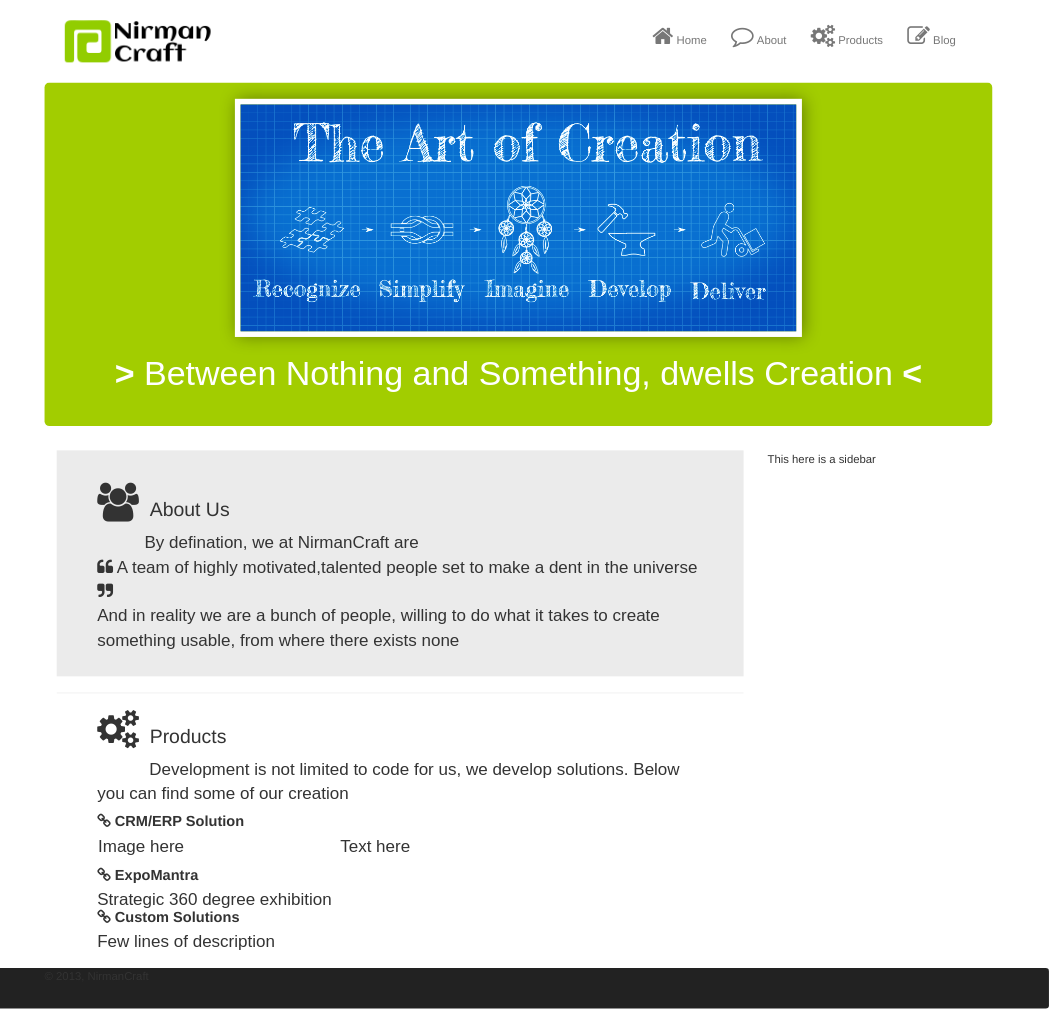
Repository: MeShreyas/NirmanCraftWebsite
Page: NirmanCraft/index.html
These files come from the project's save history. The page is drawn as it stood at one moment and after a run of saves; the edit follows.
The browser window is 1280 px wide. The page is 1310 px wide, so the pictures cover 1310 px, including what lies to the right of the window. The pictures show the whole page, at 81% of full size.
Some web fonts or font styles are not loaded; a fallback is used.

Above is the page before, as saved 2013-10-08 08:12:39.
Console error: ReferenceError: jQuery is not defined

### NirmanCraft/index.html
<!DOCTYPE html>
<html lang="en">
	<head>
		<meta charset="utf-8">

		<!-- Always force latest IE rendering engine (even in intranet) & Chrome Frame
		Remove this if you use the .htaccess -->
		<meta http-equiv="X-UA-Compatible" content="IE=edge,chrome=1">

		<title>Nirman Craft</title>
		<meta name="description" content="">
		<meta name="author" content="Shreyas">

		<meta name="viewport" content="width=device-width; initial-scale=1.0">

		<!-- Replace favicon.ico & apple-touch-icon.png in the root of your domain and delete these references -->
		<link rel="shortcut icon" href="/favicon.ico">
		<link rel="stylesheet" href="css/bootstrap.min.css">
		<link rel="apple-touch-icon" href="/apple-touch-icon.png">
		<link rel="stylesheet" href="font-awesome/css/font-awesome.min.css"/>
		<style type="text/css">
			.title-text {
				font-family: 'Strait', sans-serif;
				font-size: 2em;
				color: #FFFFFF;
			}

			.header-text {
				font-family: 'Strait', sans-serif;
				font-size: 1.5em;
				color: #333333;
			}
		</style>
	</head>

	<body>
		<div class="row">
			<header class="container navbar" style="background-color: #FFFFFF;margin-bottom:0px">
				<div class="container">
					<div class="navbar-header">
						<a class="navbar-brand" href="../"><img src="images/nclogo.png" width="200px" style="padding:10px"/></a>
					</div>
					<div class="navbar-text pull-right">
						<ul class="nav navbar-nav container" >
							<li>
								<a href="../getting-started"><i class="icon-home icon-2x"></i>&nbsp;Home</a>
							</li>
							<li>
								<a href="../css"><i class="icon-comment-alt icon-2x"></i>&nbsp;About</a>
							</li>
							<li>
								<a href="../components"><i class="icon-cogs icon-2x"></i>&nbsp;Products</a>
							</li>
							<li>
								<a href="../javascript"><i class="icon-edit icon-2x"></i>&nbsp;Blog</a>
							</li>

						</ul>
					</div>
				</div>
			</header>

			<div class="container jumbotron" style="padding:20px 0px;margin-top:0px;background-color: #A2CD00">
				<div class="container title-text">
					<center>
						<img src="images/finalbanner.png" width="700px" style="border:7px solid #FFFFFF;box-shadow: 3px 0px 20px rgba(0,0,0,0.4)"/>
						<br/>
						<strong>>&nbsp;</strong>Between Nothing and Something, dwells Creation<strong>&nbsp;<</strong>
					</center>
				</div>
			</div>
			<div class="row">
				<div class="container">
					<div class="content col-lg-9">
						<div class="header-text" style="padding:20px 50px;background-color: #ebebeb;">
							<h3><i class="icon-group icon-2x"></i>&nbsp;&nbsp;About Us</h3>
							<div>

								<p>
									&nbsp;&nbsp;&nbsp;&nbsp;&nbsp;&nbsp;&nbsp;&nbsp;&nbsp;&nbsp;By defination,
									we at NirmanCraft are
									 <br/><i class="icon-quote-left"></i>
									A team of highly motivated,talented people set to make a dent in the universe
									<i class="icon-quote-right"></i><br/>And in reality we are a bunch
									of people, willing to do what it takes to create something usable, from where there exists none
								</p>
							</div>
						</div>
						<hr/>
						<div class="header-text" style="padding:0 50px">
							<h3><i class="icon-cogs icon-2x"></i>&nbsp;&nbsp;Products</h3>
							<div>
								<p>
									&nbsp;&nbsp;&nbsp;&nbsp;&nbsp;&nbsp;&nbsp;&nbsp;&nbsp;&nbsp;
									Development is not limited to code for us, we develop solutions.
									Below you can find some of our creation
								</p>
								<div>
									<div class="list-group">

											<div>
												<h4 class="list-group-item-heading">
													<i class="icon-link"></i>&nbsp;<strong>CRM/ERP Solution</strong>
												</h4>
												<p class="list-group-item-text">
													<table width="100%">
														<tr>
															<td width="40%">Image here</td>
															<td>Text here</td>
														</tr>
													</table>
												</p>
											</div>

											<div>
												<h4 class="list-group-item-heading">
													<i class="icon-link"></i>&nbsp;<strong>ExpoMantra</strong>
												</h4>
												<p class="list-group-item-text">
													Strategic 360 degree exhibition
												</p>
											</div>

											<div>
												<h4 class="list-group-item-heading">
													<i class="icon-link"></i>&nbsp;<strong>Custom Solutions</strong>
												</h4>
												<p class="list-group-item-text">
													Few lines of description
												</p>
											</div>
										</div>
									</div>

							</div>
						</div>

					</div>
					<div class="sidebar col-lg-3">
						This here is a sidebar
					</div>
				</div>
			</div>

		</div>
		<div class="row">
			<div class="navbar navbar-inverse">
				<div class="container">
					<p>
						&copy; 2013, NirmanCraft
					</p>
				</div>
			</div>
		</div>
		<script src="js/bootstrap.min.js" type="text/javascript" charset="utf-8"></script>
		<link href='http://fonts.googleapis.com/css?family=Strait' rel='stylesheet' type='text/css'>
	</body>
</html>

Loaded but not shown: NirmanCraft/css/bootstrap.min.css (library); NirmanCraft/font-awesome/css/font-awesome.min.css (library); NirmanCraft/js/bootstrap.min.js (library)

After the next 2 saves:
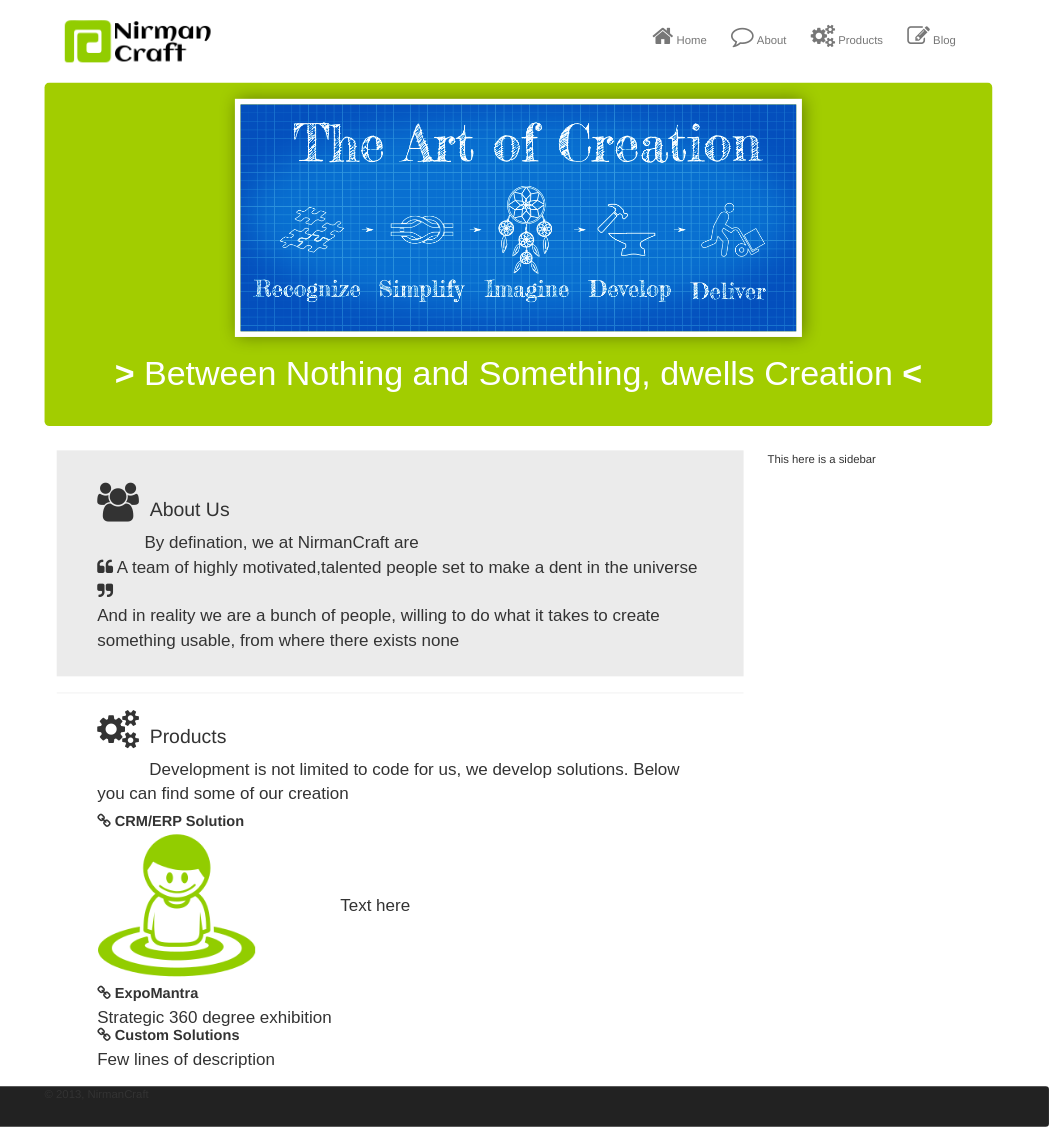
The 2 saves are shown as one change because they came seconds apart.
The last was saved 13 min 17 s later.
--- a/NirmanCraft/index.html
+++ b/NirmanCraft/index.html
@@ -105,7 +105,7 @@
 												<p class="list-group-item-text">
 													<table width="100%">
 														<tr>
-															<td width="40%">Image here</td>
+															<td width="40%"><img src="images/customer.png"></td>
 															<td>Text here</td>
 														</tr>
 													</table>
